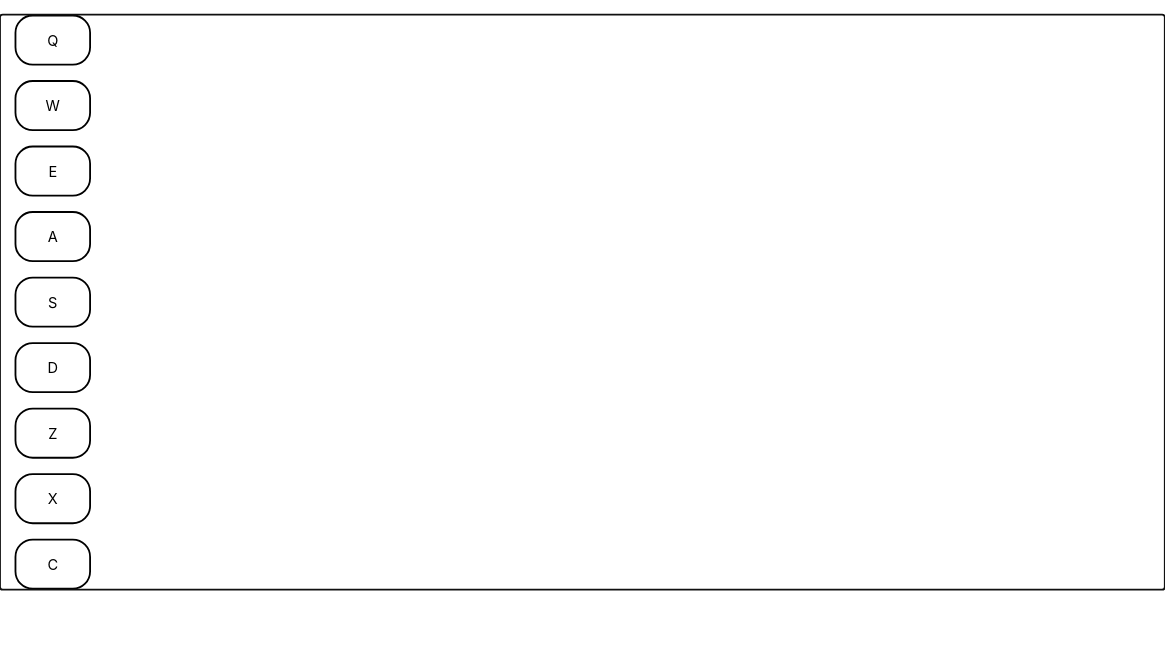
Repository: milac0/drum-machine
Page: /
These files come from the project's save history. The page is drawn as it stood at one moment and after the next save; the edit follows.
The browser window is 1280 px wide. The pictures show the whole page, at 91% of full size.
The project was rebuilt for these pictures with package versions that can differ from the ones it lists, and the page was loaded fresh each time.

Above is the page before, as saved 2019-10-25 17:21:47.

After the next save:
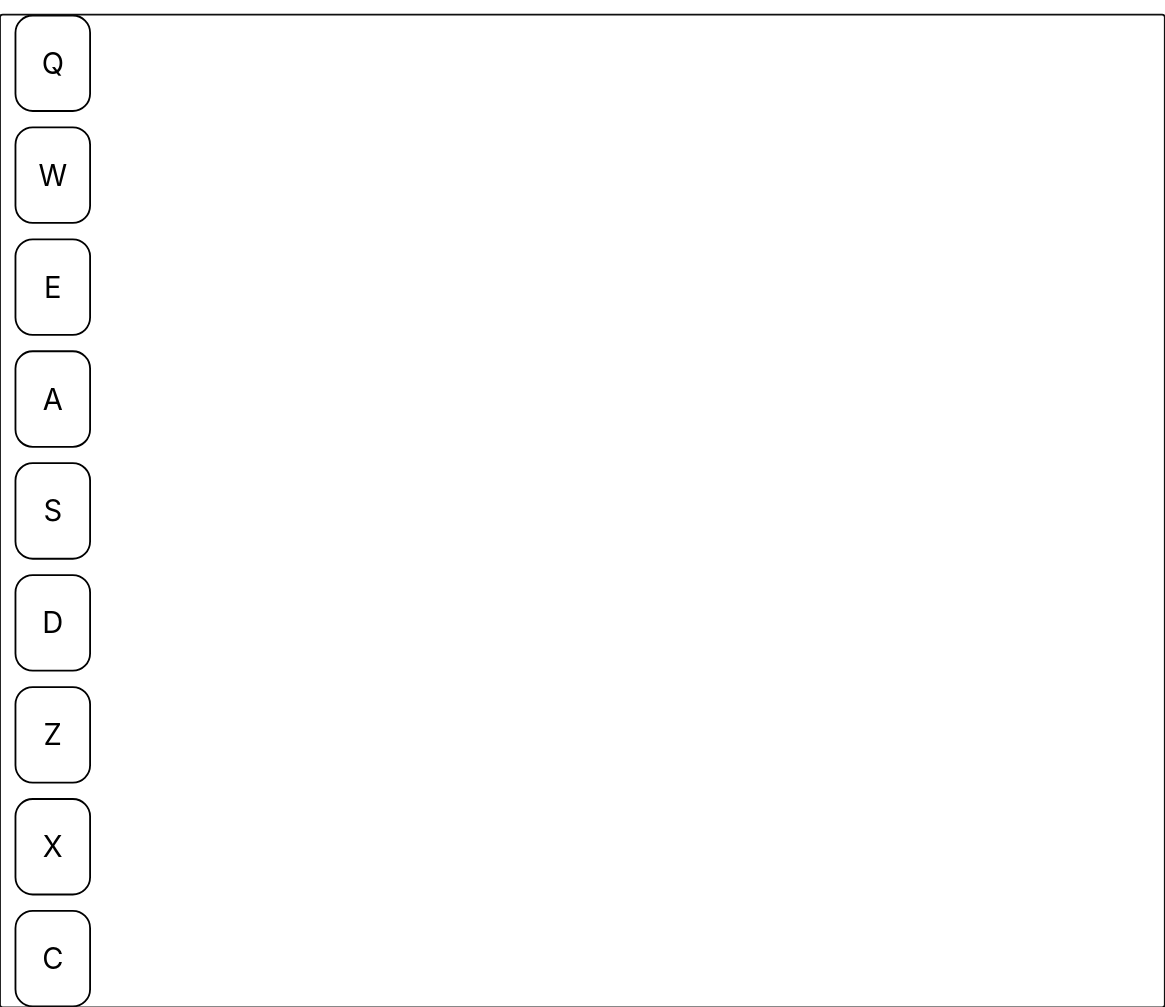
Saved 26 s later.
--- a/src/App.css
+++ b/src/App.css
@@ -20,6 +20,10 @@
   border: 2px solid black;
   border-radius: 20px;
   text-align: center;
+}
+
+.drum-pad p {
+  font-size: 2rem;
 }
 
 /* #display {

After the save that followed:
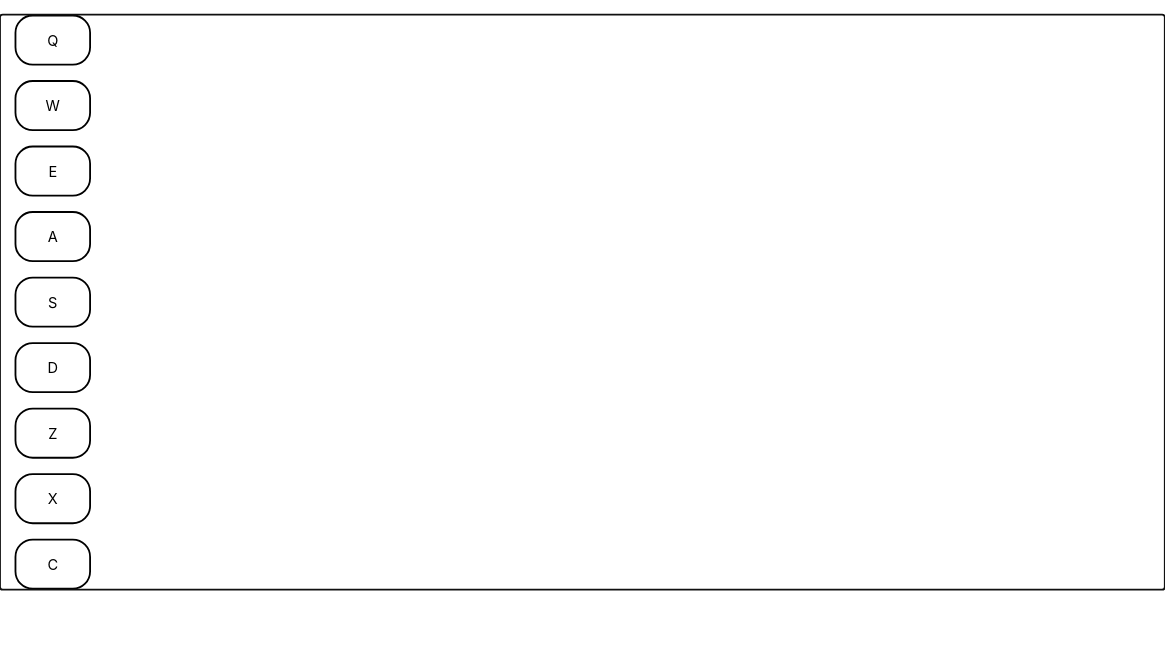
Saved 7 s later.
--- a/src/App.css
+++ b/src/App.css
@@ -23,7 +23,7 @@
 }
 
 .drum-pad p {
-  font-size: 2rem;
+  font-size: 1rem;
 }
 
 /* #display {
